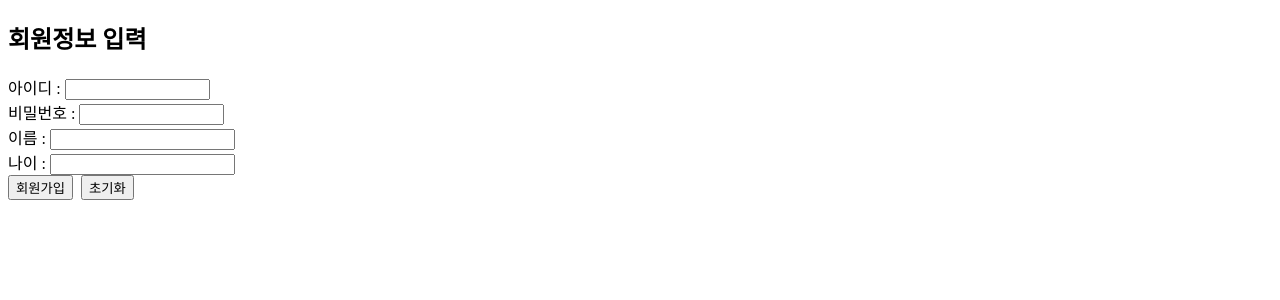
Repository: Yingjae/jsp_practice
Page: http://localhost/JSPBasic/JspObject/1.requests/req_join_form.jsp
An editor plug-in stored every save of this project. The page is shown before and after the next save, followed by the edit.
The browser window is 1280 px wide. The pictures show the whole page.
The page is served by Tomcat 9.

Above is the page before, as saved 2022-02-04 02:32:39.

After the next save:
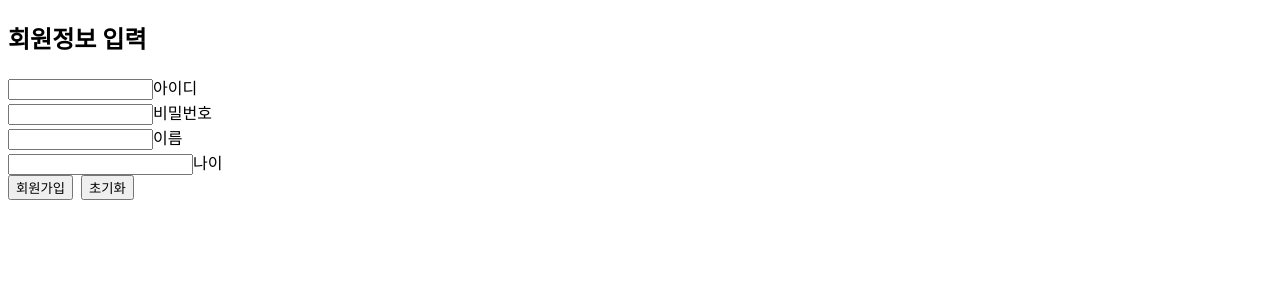
Saved 8 min 16 s later.
--- a/JSPBasic/src/main/webapp/JspObject/1.requests/req_join_form.jsp
+++ b/JSPBasic/src/main/webapp/JspObject/1.requests/req_join_form.jsp
@@ -10,10 +10,10 @@
 <h2>회원정보 입력</h2>
 
 <form action="req_join_result.jsp" method="post">
-	아이디 : <input type="text" name="id" size="15px" /><br/>
-	비밀번호 : <input type="password" name="pw" size="15px" /><br/>
-	이름 : <input type="text" name="이름" /><br/>
-	나이 : <input type="text" name="나이" /><br/>
+	<input type="text" name="id" size="15px" />아이디<br/>
+	<input type="password" name="pw" size="15px" />비밀번호<br/>
+	<input type="text" name="이름" size="15px" />이름<br/>
+	<input type="number" name="나이" size="15px" />나이<br/>
 	<input type="submit" value="회원가입" />&nbsp;
 	<input type="reset" value="초기화" /><br/>
 </form>
